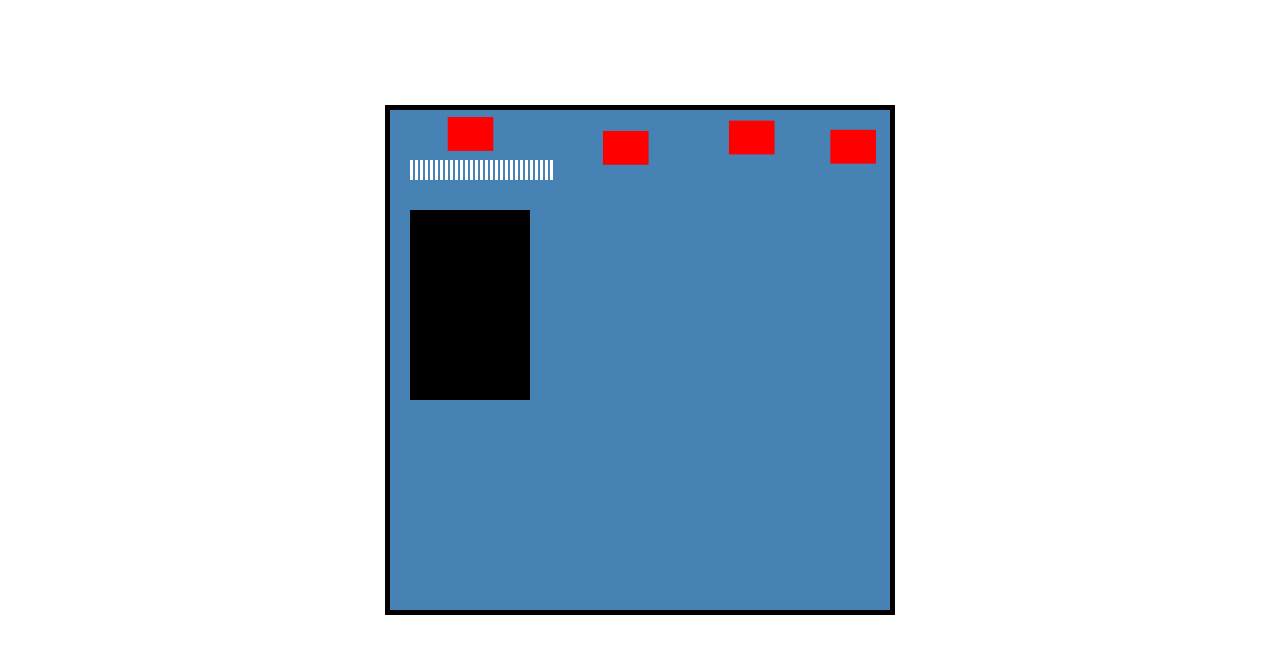
Repository: vasucp1207/seahorse-shooting-game
Page: index.html
An editor plug-in stored every save of this project. The page is shown before and after a run of saves, followed by the edit.
The browser window is 1280 px wide. The pictures show the whole page.

Above is the page before, as saved 2022-08-24 19:01:25.

### index.html
<!DOCTYPE html>
<html lang="en">
<head>
    <meta charset="UTF-8">
    <meta http-equiv="X-UA-Compatible" content="IE=edge">
    <meta name="viewport" content="width=device-width, initial-scale=1.0">
    <title>Document</title>
    <link rel="stylesheet" href="style.css">
</head>
<body>
    <canvas id="canvas"></canvas>

    <script src="script.js"></script>
</body>
</html>

### style.css
* {
    margin: 0;
    padding: 0;
    box-sizing: border-box;
}

#canvas{
    border: 5px solid black;
    position: absolute;
    top: 50%;
    left: 50%;
    transform: translate(-50%, -50%);
    background: steelblue;
    max-width: 100%;
    max-height: 100%;
}

### script.js
window.addEventListener('load', function () {
    const canvas = this.document.getElementById('canvas')
    const ctx = canvas.getContext('2d')
    canvas.width = 500
    canvas.height = 500

    class InputHandler {
        constructor(game) {
            this.game = game
            window.addEventListener('keydown', e => {
                if (((e.key === 'ArrowUp')
                    || (e.key === 'ArrowDown'))
                    && (this.game.keys.indexOf(e.key)) === -1) {
                    this.game.keys.push(e.key)
                } else if(e.key === ' '){
                    this.game.player.shootTop()
                }
            })
            window.addEventListener('keyup', e => {
                if (this.game.keys.indexOf(e.key) > -1) {
                    this.game.keys.splice(this.game.keys.indexOf(e.key), 1)
                }
            })
        }
    }

    class Projectile {
        constructor(game, x, y){
            this.game = game
            this.x = x
            this.y = y
            this.width = 10
            this.height = 10
            this.speed = 10
            this.markedForDeletion = false
        }

        update(){
            this.x += this.speed
            if(this.x > this.game.width * 0.9) this.markedForDeletion = true
        }

        draw(context){
            context.fillStyle = 'yellow'
            context.fillRect(this.x, this.y, this.width, this.height)
        }
    }

    class Player {
        constructor(game) {
            this.game = game
            this.width = 120
            this.height = 190
            this.x = 20
            this.y = 100
            this.speedY = 0
            this.maxSpeed = 2
            this.projectile = []
        }

        update() {
            if(this.game.keys.includes('ArrowUp')) this.speedY = -this.maxSpeed
            else if(this.game.keys.includes('ArrowDown')) this.speedY = this.maxSpeed
            else this.speedY = 0
            this.y += this.speedY

            this.projectile.forEach(projectile => {
                projectile.update()
            })
            this.projectile = this.projectile.filter(projectile => !projectile.markedForDeletion)
        }
        draw(context) {
            context.fillStyle = 'black'
            context.fillRect(this.x, this.y, this.width, this.height)
            this.projectile.forEach(projectile => {
                projectile.draw(context)
            })
        }
        shootTop(){
            if(this.game.amo > 0){
                this.projectile.push(new Projectile(this.game, this.x + 80, this.y + 80))
                this.game.amo--
            }
        }
    }

    class Particle {

    }

    class Enemy {
        constructor(game){
            this.game = game
            this.x = this.game.width
            this.speedX = Math.random() * -1.5 - 0.5
            this.markedForDeletion = false
        }
        update(){
            this.x += this.speedX
            if(this.x + this.width < 0) this.markedForDeletion = true
        }
        draw(context){
            context.fillStyle = 'red'
            context.fillRect(this.x, this.y, this.width, this.height)
        }
    }

    class Angler1 extends Enemy{
        constructor(game){
            super(game)
            this.width = 228 * 0.2
            this.height = 169 * 0.2
            this.y = Math.random() * (this.game.height * 0.9, this.height)
        }
    }

    class Layer {

    }

    class Background {

    }

    class UI {
        constructor(game){
            this.game = game
            this.fontSize = 25
            this.fontFamily = 'Helvetica'
            this.color = 'white'
        }
        draw(context){
            context.fillStyle = this.color
            for(let i = 0; i < this.game.amo; i++){
                context.fillRect(20 + 5 * i, 50, 3, 20)
            }
        }
    }

    class Game {
        constructor(width, height) {
            this.width = width
            this.height = height
            this.player = new Player(this)
            this.input = new InputHandler(this)
            this.ui = new UI(this)
            this.keys = []
            this.enemies = []
            this.enemyTimer = 0
            this.enemyInterval= 1000
            this.amo = 20
            this.amoTimer = 0
            this.amoInterval = 500
            this.maxAmo = 50
            this.gameOver = false
        }
        update(deltaTime) {
            this.player.update()
            if(this.amoTimer > this.amoInterval){
                if(this.amo < this.maxAmo) this.amo++
                this.amoTimer = 0
            }
            else{
                this.amoTimer += deltaTime
            }

            this.enemies.forEach(enemy => {
                enemy.update()
            })
            this.enemies = this.enemies.filter(enemy => !enemy.markedForDeletion)
            if(this.enemyTimer > this.enemyInterval && !this.gameOver){
                this.addEnemy()
                this.enemyTimer = 0
            }
            else{
                this.enemyTimer += deltaTime
            }
        }

        draw(context) {
            this.player.draw(context)
            this.ui.draw(context)
            this.enemies.forEach(enemy => {
                enemy.draw(context)
            })
        }

        addEnemy(){
            this.enemies.push(new Angler1(this))
        }

        checkCollision(rect1, rect2){
            return (
                rect1.x < rect2.x + rect2.width &&
                rect1.x + rect1.width > rect2.x &&
                rect1.y < rect2.y + rect2.height &&
                rect1.height + rect1.y > rect2.y
            )
        }
    }

    const game = new Game(canvas.width, canvas.height)
    let lastTime = 0
    function animate(timeStamp) {
        const deltaTime = timeStamp - lastTime
        lastTime = timeStamp
        ctx.clearRect(0, 0, canvas.width, canvas.height)
        game.update(deltaTime)
        game.draw(ctx)
        requestAnimationFrame(animate)
    }
    animate(0)
})

After the next 2 saves:
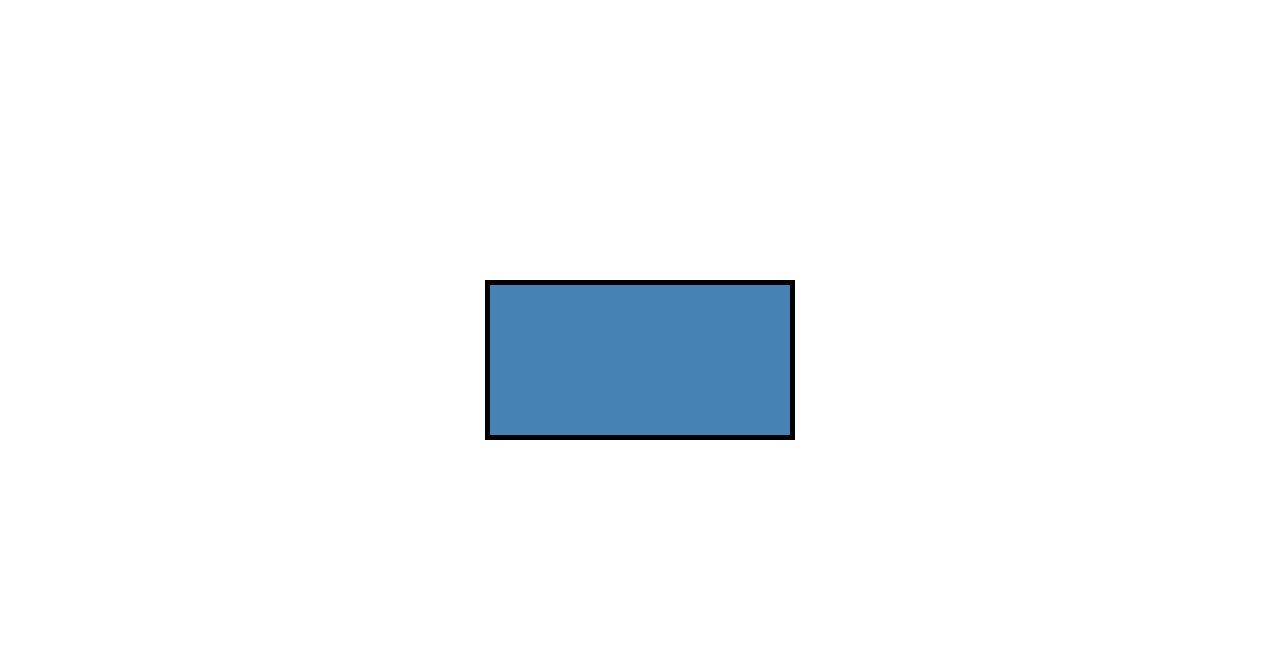
Console error: SyntaxError: Unexpected token '}'
The 2 saves are shown as one change because they came seconds apart.
The last was saved 119 s later.
--- a/script.js
+++ b/script.js
@@ -166,6 +166,7 @@
 
             this.enemies.forEach(enemy => {
                 enemy.update()
+                if(this.checkCollision)
             })
             this.enemies = this.enemies.filter(enemy => !enemy.markedForDeletion)
             if(this.enemyTimer > this.enemyInterval && !this.gameOver){

After the 3 saves that followed:
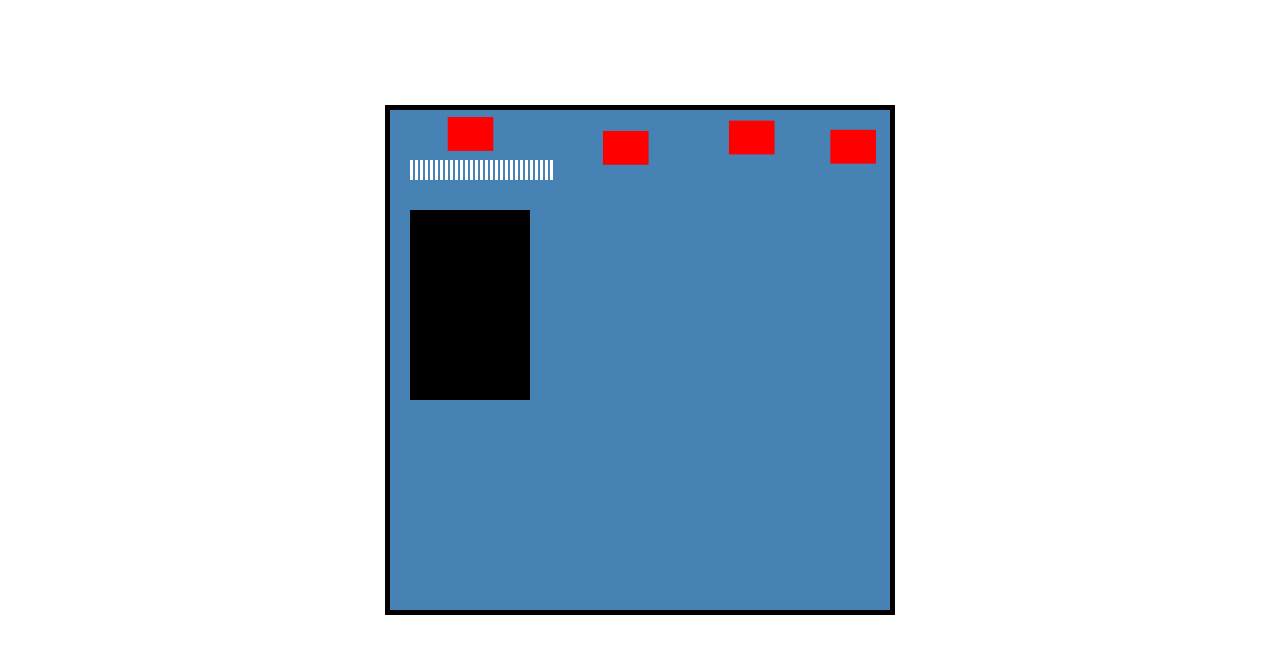
The error is gone.
The 3 saves are shown as one change because 1 left the picture as it was and some came seconds apart.
The last was saved 17 s later.
--- a/script.js
+++ b/script.js
@@ -166,7 +166,9 @@
 
             this.enemies.forEach(enemy => {
                 enemy.update()
-                if(this.checkCollision)
+                if(this.checkCollision(this.player, enemy)){
+
+                }
             })
             this.enemies = this.enemies.filter(enemy => !enemy.markedForDeletion)
             if(this.enemyTimer > this.enemyInterval && !this.gameOver){
